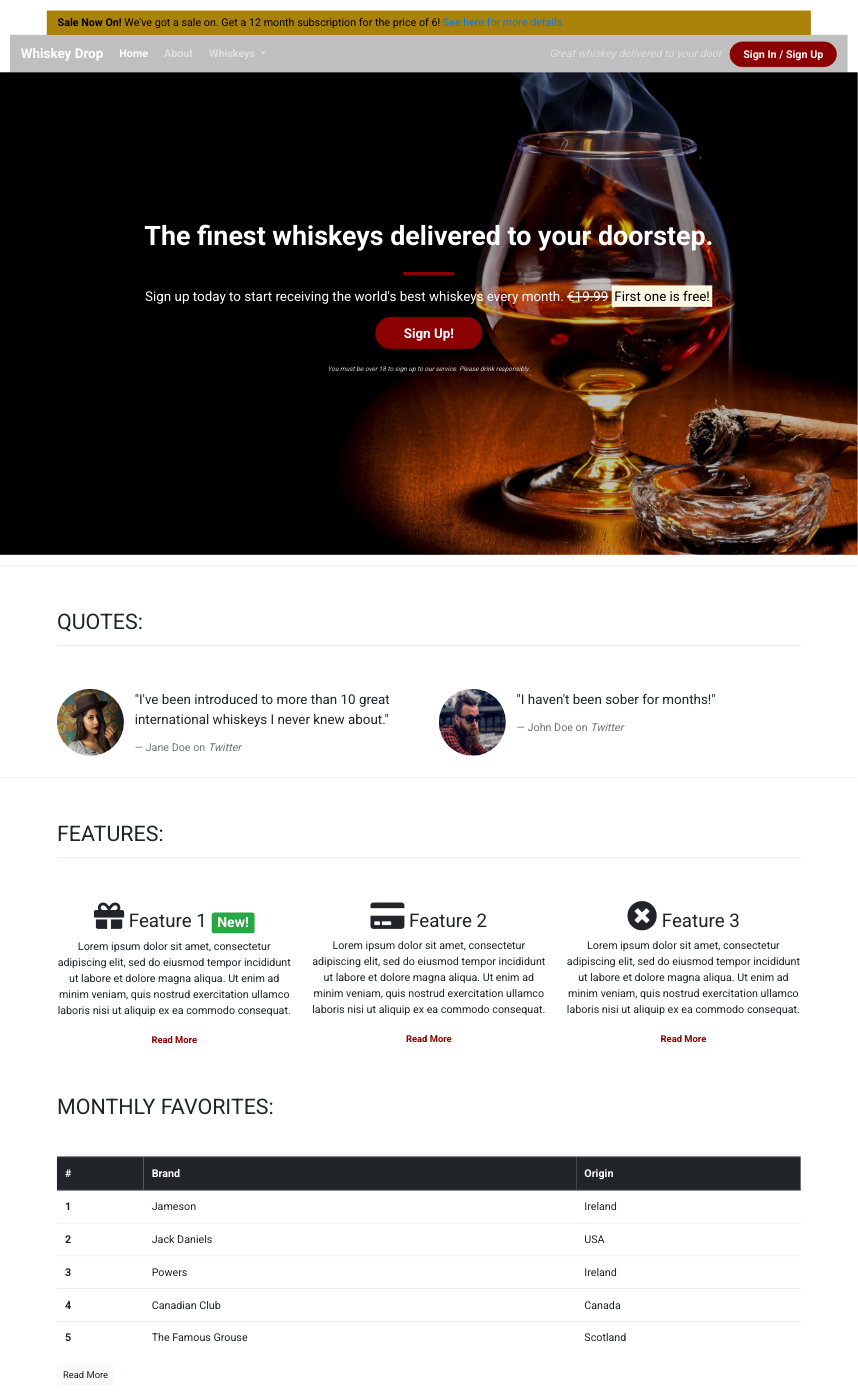
Repository: dof-bull/whiskey-drop
Page: index.html
The author's editor kept a record of every edit. The page is drawn from the files as they stood at one moment, then again after the next edit.
The browser window is 1280 px wide. The pictures show the whole page, at 67% of full size.
Backgrounds fixed to the window are drawn as part of the page. Some web libraries are served in a nearby version.

Above is the page before.

### index.html
<!DOCTYPE html>
<html lang="en-us">

<head>
  <meta charset="utf-8">
  <meta name="viewport" content="width=device-width, initial-scale=1.0">
  <title>Whiskey Drop | Taste a new whiskey every month</title>
  <link rel="stylesheet" href="https://maxcdn.bootstrapcdn.com/bootstrap/4.1.3/css/bootstrap.min.css">
  <link rel="stylesheet" href="https://use.fontawesome.com/releases/v5.6.1/css/all.css" integrity="sha384-gfdkjb5BdAXd+lj+gudLWI+BXq4IuLW5IT+brZEZsLFm++aCMlF1V92rMkPaX4PP" crossorigin="anonymous">
  <link href="https://fonts.googleapis.com/css?family=Roboto:400,700&display=swap" rel="stylesheet">
  <link rel="stylesheet" href="css/style.css" type="text/css" />
</head>

<body>

  <!-- Nav -->
  <div class="container-fluid navalertf-container">
    <div class="container-fluid alert-container">
      <article class="container mt-3">
        <div class="row d-none d-sm-block">
          <div class="col-12">
            <div class="site-wide-alert alert alert-warning">
              <strong>Sale Now On!</strong> We've got a sale on. Get a 12 month subscription for the price of 6! <a href="">See here for more details</a>
            </div>
          </div>
        </div>
    </div>

    <nav class="navbar navbar-dark navbar-expand-sm">
      <a href="/" class="navbar-brand">
                    Whiskey Drop</a>
      <button class="navbar-toggler ml-auto" type="button" data-toggle="collapse" data-target="#navbarNavDropdown" aria-controls="navbarNavDropdown" aria-expanded="false" aria-label="Toggle navigation">
        <span class="navbar-toggler-icon"></span></button>
      <div class="collapse navbar-collapse" id="navbarNavDropdown">
        <ul class="navbar-nav mr-auto">
          <li class="active nav-item mr-2"><a class="nav-link" href="/">Home</a></li>
          <li class="nav-item mr-2"><a class="nav-link" href="">About</a></li>
          <li class="nav-item dropdown">
            <a class="nav-link dropdown-toggle" href="#" id="navbarDropdownMenuLink" role="button" data-toggle="dropdown" aria-haspopup="true" aria-expanded="false">
          Whiskeys
        </a>
            <div class="dropdown-menu" aria-labelledby="navbarDropdownMenuLink">
              <a class="dropdown-item" href="#">Irish</a>
              <a class="dropdown-item" href="#">Scotch</a>
              <a class="dropdown-item" href="#">Japanese</a>
              <a class="dropdown-item" href="#">American</a>
            </div>
          </li>

          <li class="nav-item mr-2 d-block d-sm-none"><a class="nav-link" href="">Sign In / Sign Up</a></li>
        </ul>
      </div>
      <div class="d-none d-md-block">
        <p class="navbar-text my-auto mr-2"><i>Great whiskey delivered to your door</i></p>
        <a href="/login" class="btn btn--cta btn--red">Sign In / Sign Up</a>
      </div>
    </nav>
  </div>
  <!-- /Nav -->

  <!-- Callout -->
  <div class="container-fluid callout-container">
    <div class="opaque-overlay">&nbsp;</div>
    <div class="row">
      <div class="col-12">
        <section class="callout jumbotron text-center">
          <h1 class="jumbotron-header">The finest whiskeys delivered to your doorstep.</h1>
          <hr class="block-divider block-divider--red">
          <p class="lead">Sign up today to start receiving the world's best whiskeys every month.
            <s class="d-none d-sm-inline">€19.99</s>
            <span class="d-inline d-sm-none"><br></span>
            <strong><mark>First one is free!</mark></strong></p>
          <p><button class="btn btn-lg btn--cta btn--red" data-toggle="modal" data-target="#signUpModal">Sign Up!</button></p>
          <p class="text-muted"><small>You must be over 18 to sign up to our service. Please drink responsibly.</small></p>
        </section>
      </div>
    </div>
  </div>
  <!-- /.callout -->
  <hr>
  <!-- Quotes -->
  <div class="container quotes-container">
    <section class="quotes">
      <div class="row">
        <div class="col-12 my-5">
          <h2 class="text-uppercase">Quotes:</h2>
          <hr />
        </div>
      </div>
      <div class="row">
        <div class="col-12 col-md-6">
          <div class="media">
            <div class="d-none d-sm-block">
              <img src="images/girl-image.png" class="rounded-circle mr-3" height=100 width=100 alt="girl">
            </div>
            <div class="media-body">
              <blockquote class="blockquote">
                <p>"I've been introduced to more than 10 great international whiskeys I never knew about."</p>
                <footer class="blockquote-footer">Jane Doe on <cite title="Twitter">Twitter</cite></footer>
              </blockquote>
            </div>
          </div>
        </div>
        <div class="col-12 col-md-6">
          <div class="media">
            <div class="d-none d-sm-block">
              <img src="images/guy-image.png" class="rounded-circle mr-3" height=100 width=100 alt="guy">
            </div>
            <div class="media-body">
              <blockquote class="blockquote">
                <p>"I haven't been sober for months!"</p>
                <footer class="blockquote-footer">John Doe on <cite title="Twitter">Twitter</cite></footer>
              </blockquote>
            </div>
          </div>
        </div>
      </div>
    </section>
  </div>
  <!-- /.quotes -->
  <hr>
  <!-- Features -->
  <div class="container features-container">
    <section class="features">
      <div class="row">
        <div class="col-12 my-5">
          <h2 class="text-uppercase">Features:</h2>
          <hr />
        </div>
      </div>
      <div class="row">
        <div class="col-12 col-md-6 col-lg-4">
          <div class="feature">
            <h3><i class="fas fa-gift d-none d-sm-inline"></i> Feature 1 <span class="badge badge-success">New!</span></h3>
            <p>Lorem ipsum dolor sit amet, consectetur adipiscing elit, sed do eiusmod tempor incididunt ut labore et dolore magna aliqua. Ut enim ad minim veniam, quis nostrud exercitation ullamco laboris nisi ut aliquip ex ea commodo consequat.</p>
            <p><a class="btn btn-sm btn-light" href="">Read More</a></p>
          </div>
        </div>
        <div class="col-12 col-md-6 col-lg-4">
          <div class="feature">
            <h3><i class="fas fa-credit-card d-none d-sm-inline"></i> Feature 2</h3>
            <p>Lorem ipsum dolor sit amet, consectetur adipiscing elit, sed do eiusmod tempor incididunt ut labore et dolore magna aliqua. Ut enim ad minim veniam, quis nostrud exercitation ullamco laboris nisi ut aliquip ex ea commodo consequat.</p>
            <p><a class="btn btn-sm btn-light" href="">Read More</a></p>
          </div>
        </div>
        <div class="col-12 d-md-none d-lg-block col-lg-4">
          <div class="feature">
            <h3><i class="fas fa-times-circle d-none d-sm-inline"></i> Feature 3</h3>
            <p>Lorem ipsum dolor sit amet, consectetur adipiscing elit, sed do eiusmod tempor incididunt ut labore et dolore magna aliqua. Ut enim ad minim veniam, quis nostrud exercitation ullamco laboris nisi ut aliquip ex ea commodo consequat.</p>
            <p><a class="btn btn-sm btn-light" href="">Read More</a></p>
          </div>
        </div>
      </div>
    </section>
  </div>
  <!-- /.features -->

  <!-- Monthly Favorites -->
  <div class="container monthly-favorites-container ">
    <section class="monthly-favorites d-none d-sm-none d-md-block d-lg-block">
      <div class="row">
        <div class="col-12 my-5">
          <h2 class="text-uppercase">Monthly Favorites:</h2>
        </div>
      </div>
      <table class="table">
        <thead class="thead-dark">
          <tr>
            <th scope="col">#</th>
            <th scope="col">Brand</th>
            <th scope="col">Origin</th>
          </tr>
        </thead>
        <tbody>
          <tr>
            <th scope="row">1</th>
            <td>Jameson</td>
            <td>Ireland</td>
          </tr>
          <tr>
            <th scope="row">2</th>
            <td>Jack Daniels</td>
            <td>USA</td>
          </tr>
          <tr>
            <th scope="row">3</th>
            <td>Powers</td>
            <td>Ireland</td>
          </tr>
          <tr>
            <th scope="row">4</th>
            <td>Canadian Club</td>
            <td>Canada</td>
          </tr>
          <tr>
            <th scope="row">5</th>
            <td>The Famous Grouse</td>
            <td>Scotland</td>
          </tr>
        </tbody>
      </table>
      <p><a class="btn btn-sm btn-light" href=""> Read More</a>
      </p>
    </section>
  </div>
  <!-- /.monthly favorites -->

  <!--  Modal -->
  <div class="modal" tabindex="-1" role="dialog" id="signUpModal">
    <div class="modal-dialog" role="document">
      <div class="modal-content">
        <div class="modal-header">
          <h5 class="modal-title">Sign Up To Whiskey Drop!</h5>
          <button type="button" class="close" data-dismiss="modal" aria-label="Close">
          <span aria-hidden="true">&times;</span>
        </button>
        </div>
        <div class="modal-body">
          <form>
            <div class="form-group">
              <label for="exampleInputEmail1">Email address</label>
              <input type="email" class="form-control" id="exampleInputEmail1" aria-describedby="emailHelp" placeholder="Enter email">
              <small id="emailHelp" class="form-text text-muted">We'll never share your email with anyone else.</small>
            </div>
            <div class="form-group">
              <label for="password">Password</label>
              <input type="password" class="form-control" id="password" placeholder="Password">
            </div>
            <div class="form-group">
              <label for="repeatPassword">Repeat Password</label>
              <input type="password" class="form-control" id="repeatPassword" placeholder="Repeat Password">
            </div>
            <button type="submit" class="btn btn-success">Submit</button>
          </form>
        </div>
      </div>
    </div>
  </div>
  <!--  /Modal -->

  <script src="https://code.jquery.com/jquery-3.3.1.slim.min.js" integrity="sha384-q8i/X+965DzO0rT7abK41JStQIAqVgRVzpbzo5smXKp4YfRvH+8abtTE1Pi6jizo" crossorigin="anonymous"></script>
  <script src="https://cdnjs.cloudflare.com/ajax/libs/popper.js/1.14.7/umd/popper.min.js" integrity="sha384-UO2eT0CpHqdSJQ6hJty5KVphtPhzWj9WO1clHTMGa3JDZwrnQq4sF86dIHNDz0W1" crossorigin="anonymous"></script>
  <script src="https://stackpath.bootstrapcdn.com/bootstrap/4.3.1/js/bootstrap.min.js" integrity="sha384-JjSmVgyd0p3pXB1rRibZUAYoIIy6OrQ6VrjIEaFf/nJGzIxFDsf4x0xIM+B07jRM" crossorigin="anonymous"></script>
</body>

</html>

### css/style.css
body {
    font-family: 'Roboto', sans-serif;
}

.container-wrapper {}

.container-wrapper--red {
    background-color: darkred;
    color: white;
}

.alert-container .col-12 {
    padding-left: 0;
    padding-right: 0;
}

.site-wide-alert {
    border-radius: 0;
    margin-bottom: 0;
    padding: 5px 15px;
    color: black;
    background-color: #aa8109;
    border-color: #aa8109;
}

.callout-container {
    height: 100vh;

    background: url("../images/whiskey-background.jpg") no-repeat bottom right fixed;
    -webkit-background-size: cover;
    -moz-background-size: cover;
    -o-background-size: cover;
    background-size: cover;

    display: flex;
    align-items: center;
    justify-content: center;

    position: relative;
}

.opaque-overlay {
    position: absolute;
    top: 0;
    left: 0;
    height: 100%;
    width: 100%;
    background-color: rgba(0, 0, 0, 0.25);
}

.quotes-container {}

.features-container {}

.monthly-favorites-container {}

/* Page headers */

.page-header {
    margin-bottom: 0;
    border-bottom: 0;
    text-align: center;
}

.page-header h2 {
    margin-top: 0;
}

.quotes .page-header {
    margin-bottom: 25px;
}

/* Block Dividers */

.block-divider {
    width: 75px;
    height: 5px;
    border: 0;
    background-color: darkred;
}

.block-divider--red {
    background-color: darkred;
}

.block-divider--white {
    background-color: white;
}


.block-divider--short {
    width: 35px;
}

/* Content containers */

.content-container {
    padding-top: 75px;
    padding-bottom: 75px;
}

/* Navbar */

.navalert-container {
    position: absolute;
    top: 0;
    left: 0;
    padding-left: 0;
    padding-right: 0;
    z-index: 1;
}

.navbar {
    margin-bottom: 0;
    border: 0;
    width: 100%;
    background-color: rgba(0, 0, 0, 0.25);
}

.navbar .navbar-toggler {
    border: 0;
}

.navbar-brand {
    font-weight: bold;
}

.navbar .navbar-nav a {
    font-weight: bold;
}

/* Jumobtron */

.jumbotron {
    background-color: transparent;
}

.jumbotron-header {
    color: white;
    font-weight: bold;
    margin-bottom: 30px;
}

.jumbotron .lead {
    color: white;
}


.jumbotron small {
    font-size: 60%;
    font-style: italic;
    color: #d0d0d0;
}

/* Buttons */

.btn--cta {
    font-weight: bold;
    border-radius: 23px;
    width: 160px;
}

.btn--red {
    color: white;
    background-color: darkred;
    border-color: darkred;
}

.btn--red:hover,
.btn--red:active,
.btn--red:focus,
.btn--red:active:focus {
    background-color: red;
    border-color: red;
}

.feature {
    text-align: center
}

.feature i {
    margin-bottom: 20px;
    font-size: 45px;
    line-height: 45px;
}

.feature .btn {
    background-color: white;
    border-color: white;
    border-radius: 15px;
    min-width: 100px;
    font-weight: bold;
    margin-top: 1opx;
    color: darkred;
}

After the next edit:
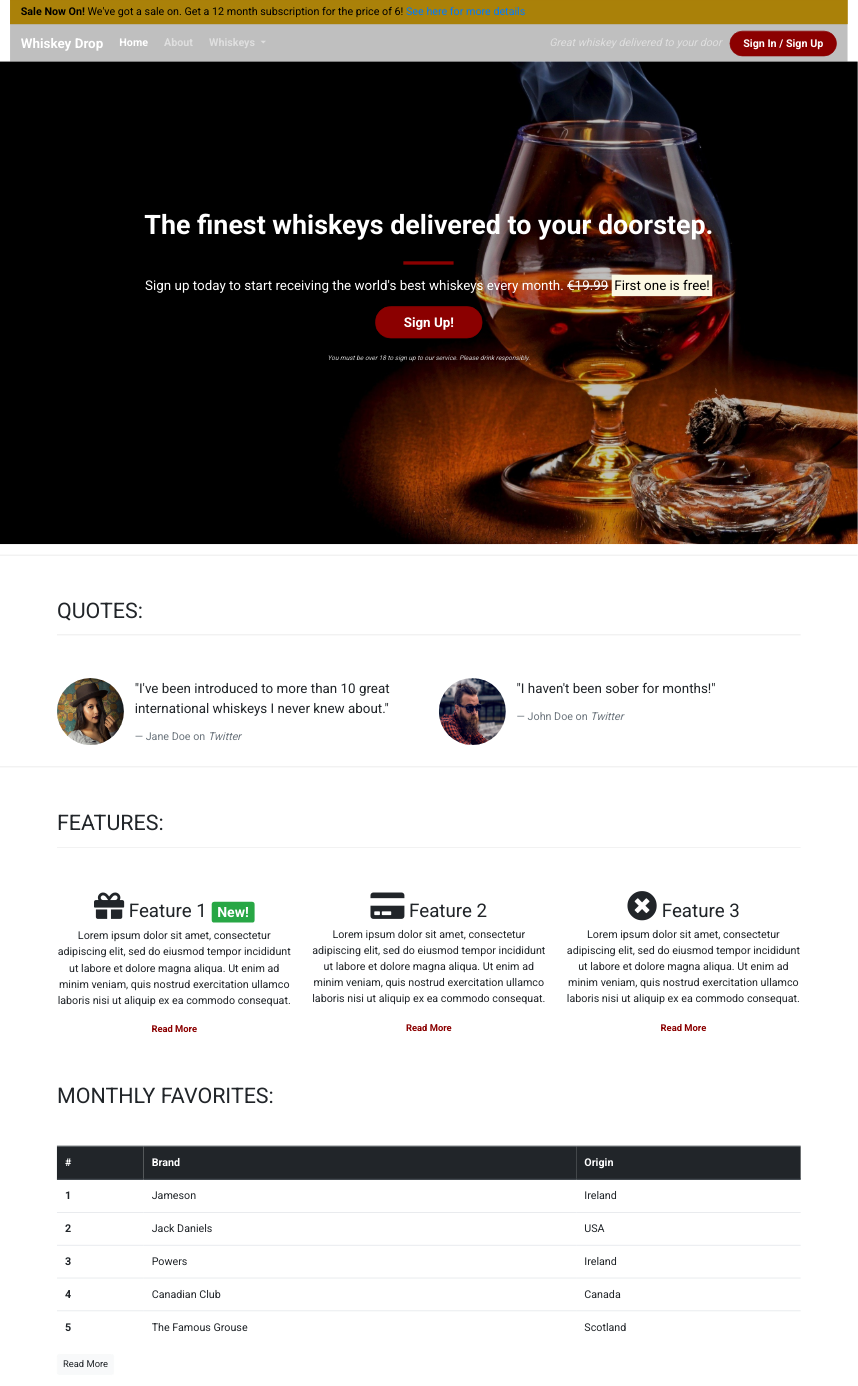
The edit:
--- a/index.html
+++ b/index.html
@@ -16,14 +16,13 @@
   <!-- Nav -->
   <div class="container-fluid navalertf-container">
     <div class="container-fluid alert-container">
-      <article class="container mt-3">
-        <div class="row d-none d-sm-block">
-          <div class="col-12">
-            <div class="site-wide-alert alert alert-warning">
-              <strong>Sale Now On!</strong> We've got a sale on. Get a 12 month subscription for the price of 6! <a href="">See here for more details</a>
-            </div>
-          </div>
-        </div>
+      <div class="row d-none d-sm-block">
+        <div class="col-12">
+          <div class="site-wide-alert alert alert-warning">
+            <strong>Sale Now On!</strong> We've got a sale on. Get a 12 month subscription for the price of 6! <a href="">See here for more details</a>
+          </div>
+        </div>
+      </div>
     </div>
 
     <nav class="navbar navbar-dark navbar-expand-sm">
